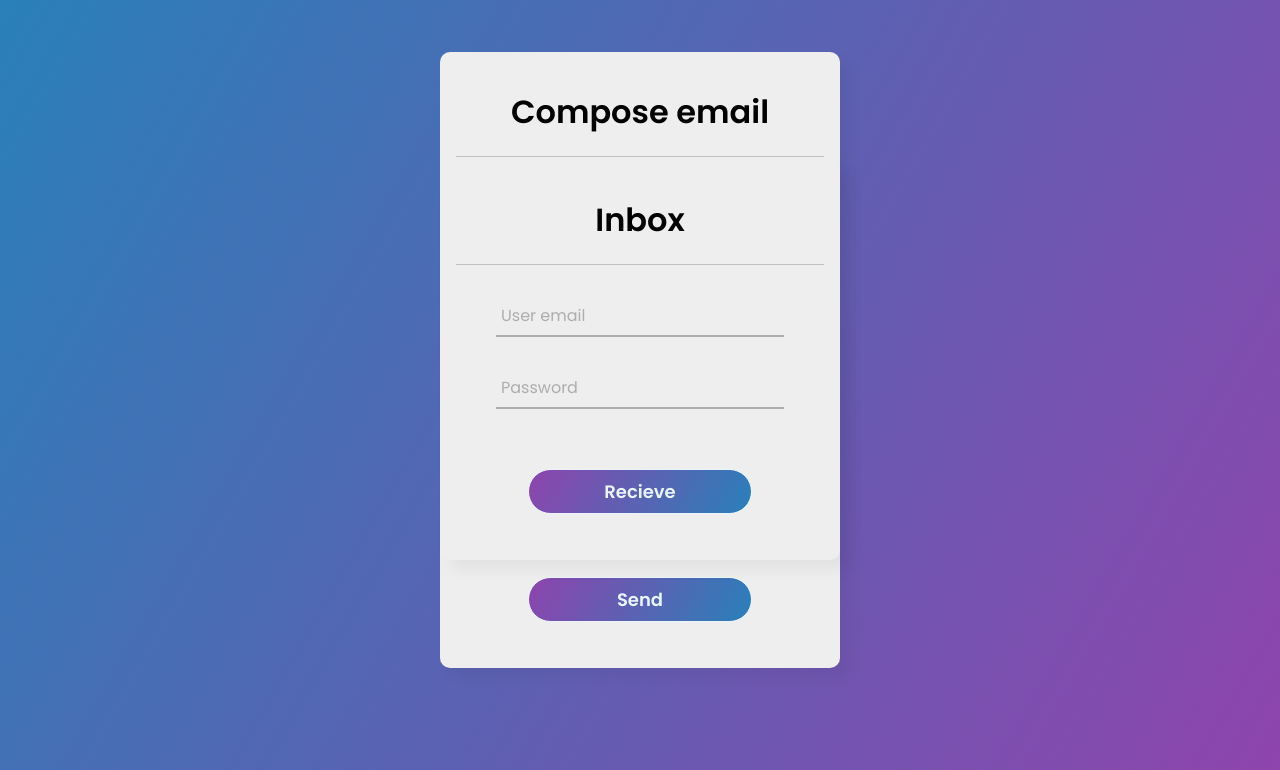
Repository: 20PW01-Abishek/Mail-EZ-in-JAVA
Page: http://localhost/javapackage/
These files come from the project's save history. The page is drawn as it stood at one moment and after the next save; the edit follows.
The browser window is 1280 px wide. The pictures show the whole page.
The page is served by Tomcat 10. Other server files are loaded and not shown.

Above is the page before, as saved 2022-11-06 05:20:08.

### Java package/javapackage/src/main/webapp/index.html
<!DOCTYPE html>
<html>
<head>
<meta charset="ISO-8859-1">
<link rel="stylesheet" href="style1.css">
<title>email-compose</title>
</head>
<body>
	<div class="parent">
	<div class="center">
      <h1>Compose email</h1>
      <form action="compose" method="post" id="send">
        <div class="txt_field">
          <input type="text" name="from_email" required>
          <span></span>
          <label>User email</label>
        </div>
        <div class="txt_field">
          <input type="password" name="from_password" required>
          <span></span>
          <label>Password</label>
        </div>
        <div class="txt_field">
          <input type="text" name="to_email" required>
          <span></span>
          <label>To</label>
        </div>
        <div class="txt_field">
          <input type="text" name="subject" required>
          <span></span>
          <label>Subject</label>
        </div>
        <div class="txt_field">
          <input type="text" name="content" required>
          <span></span>
          <label>Content</label>
        </div>
        <input type="submit" value="Send">
      </form>
	</div>
	<div class="center">
		<h1>Inbox</h1>
      	<form action="recieve" method="post" id="recieve">
        	<div class="txt_field">
          		<input type="text" name="from_email" required>
          		<span></span>
          		<label>User email</label>
        	</div>
        	<div class="txt_field">
	          <input type="password" name="from_password" required>
	          <span></span>
	          <label>Password</label>
        	</div>
      		<input type="submit" value="Recieve">
      </form>
    </div>
    </div>
</body>
</html>

### Java package/javapackage/src/main/webapp/style1.css
@import url('https://fonts.googleapis.com/css2?family=Noto+Sans:wght@700&family=Poppins:wght@400;500;600&display=swap');
*{
  margin: 0;
  padding: 0;
  box-sizing: border-box;
  font-family: "Poppins", sans-serif;
}
body{
  margin: 0;
  padding: 0;
  background: linear-gradient(120deg,#2980b9, #8e44ad);
  height: 100vh;
  overflow: hidden;
}

.parent{
	text-align: center;
	margin: 50px;
}

.center{
  padding: 1rem 1rem;
  vertical-align: middle;
  position: absolute;
  top: 50%;
  left: 50%;
  transform: translate(-50%, -50%);
  width: 400px;
  background: #eee;
  border-radius: 10px;
  box-shadow: 10px 10px 15px rgba(0,0,0,0.05);
}
.center h1{
  text-align: center;
  padding: 20px 0;
  border-bottom: 1px solid silver;
}
.center form{
  padding: 0 40px;
  box-sizing: border-box;
}
form .txt_field{
  position: relative;
  border-bottom: 2px solid #adadad;
  margin: 30px 0;
}
.txt_field input{
  width: 100%;
  padding: 0 5px;
  height: 40px;
  font-size: 16px;
  border: none;
  background: none;
  outline: none;
}
.txt_field label{
  position: absolute;
  top: 50%;
  left: 5px;
  color: #adadad;
  transform: translateY(-50%);
  font-size: 16px;
  pointer-events: none;
  transition: .5s;
}
.txt_field span::before{
  content: '';
  position: absolute;
  top: 40px;
  left: 0;
  width: 0%;
  height: 2px;
  background: #2691d9;
  transition: .5s;
}
.txt_field input:focus ~ label,
.txt_field input:valid ~ label{
  top: -5px;
  color: #2691d9;
}
.txt_field input:focus ~ span::before,
.txt_field input:valid ~ span::before{
  width: 100%;
}

input[type="submit"]{
  width: 78%;
  height: 45px;
  border: 1px solid;
  background: linear-gradient(120deg,#8e44ad, #2980b9);
  border-radius: 25px;
  font-size: 18px;
  color: #e9f4fb;
  font-weight: 700;
  cursor: pointer;
  outline: none;
  margin: 30px;
}
input[type="submit"]:hover{
  border-width: medium;
  border-color: #2980b9;
  transition: 1s;
}

After the next save:
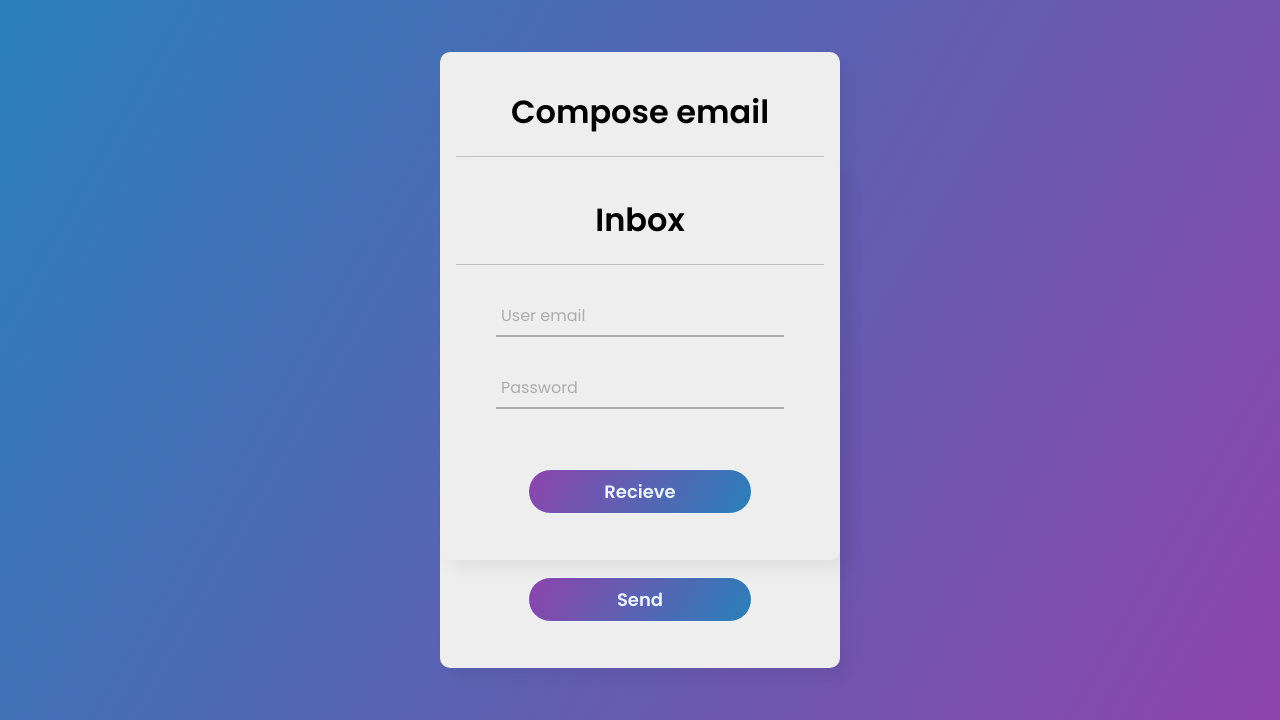
Saved 5 s later.
--- a/Java package/javapackage/src/main/webapp/style1.css
+++ b/Java package/javapackage/src/main/webapp/style1.css
@@ -15,7 +15,6 @@ body{
 
 .parent{
 	text-align: center;
-	margin: 50px;
 }
 
 .center{
